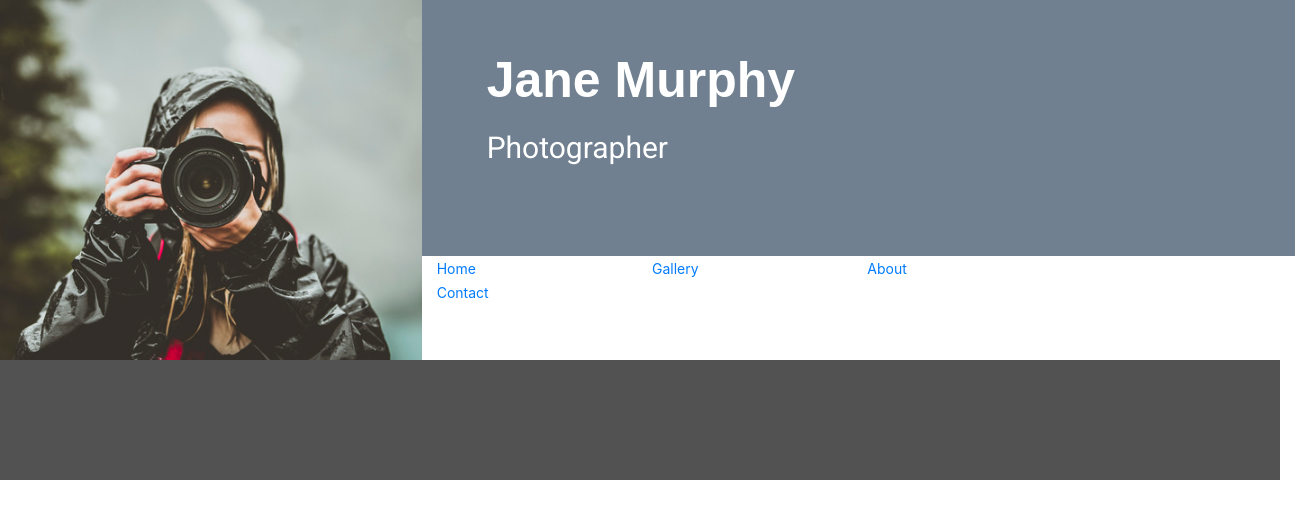
Repository: Code-Institute-Submissions/MrChrisRandall-milestone-1
Page: index.html
The author's editor kept a record of every edit. The page is drawn from the files as they stood at one moment, then again after the next edit.
The browser window is 1280 px wide. The page is 1295 px wide, so the pictures cover 1295 px, including what lies to the right of the window. The pictures show the whole page.

Above is the page before.

After the next edit:
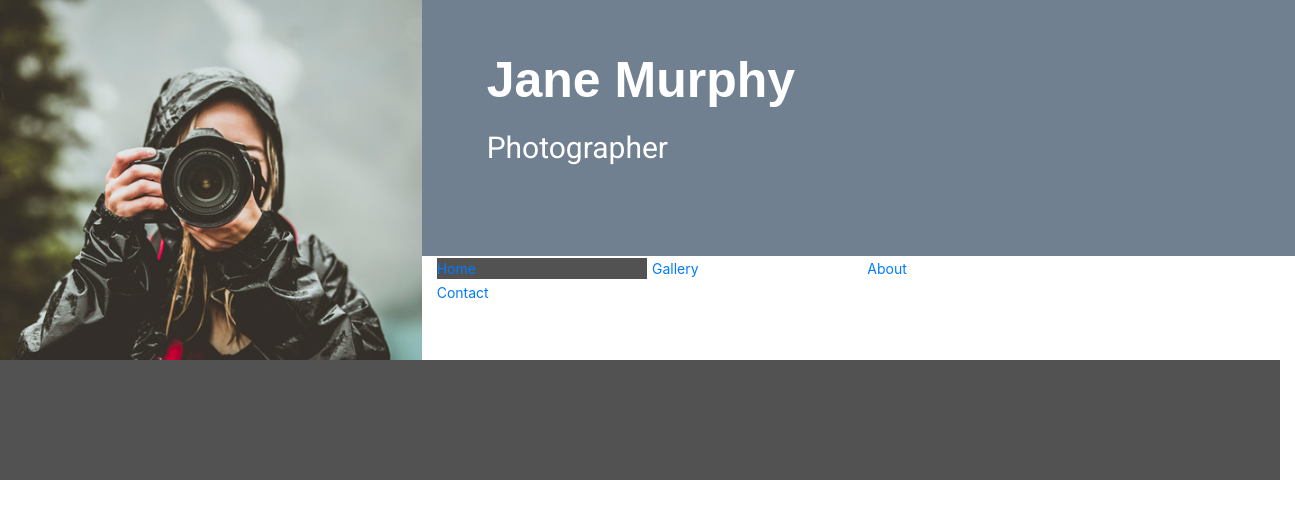
The edit:
--- a/index.html
+++ b/index.html
@@ -28,7 +28,7 @@
                 <div class="row">
                     <div class="col">
                         <ul id="nav" class="list-inline">
-                            <li class="col-2 col-sm-3 list-inline-item">
+                            <li class="col-2 col-sm-3 ui-menu-color-home list-inline-item">
                                 <a href="#"><span>Home</span></a>
                             </li>
                             <li class="col-2 col-sm-3 list-inline-item">
